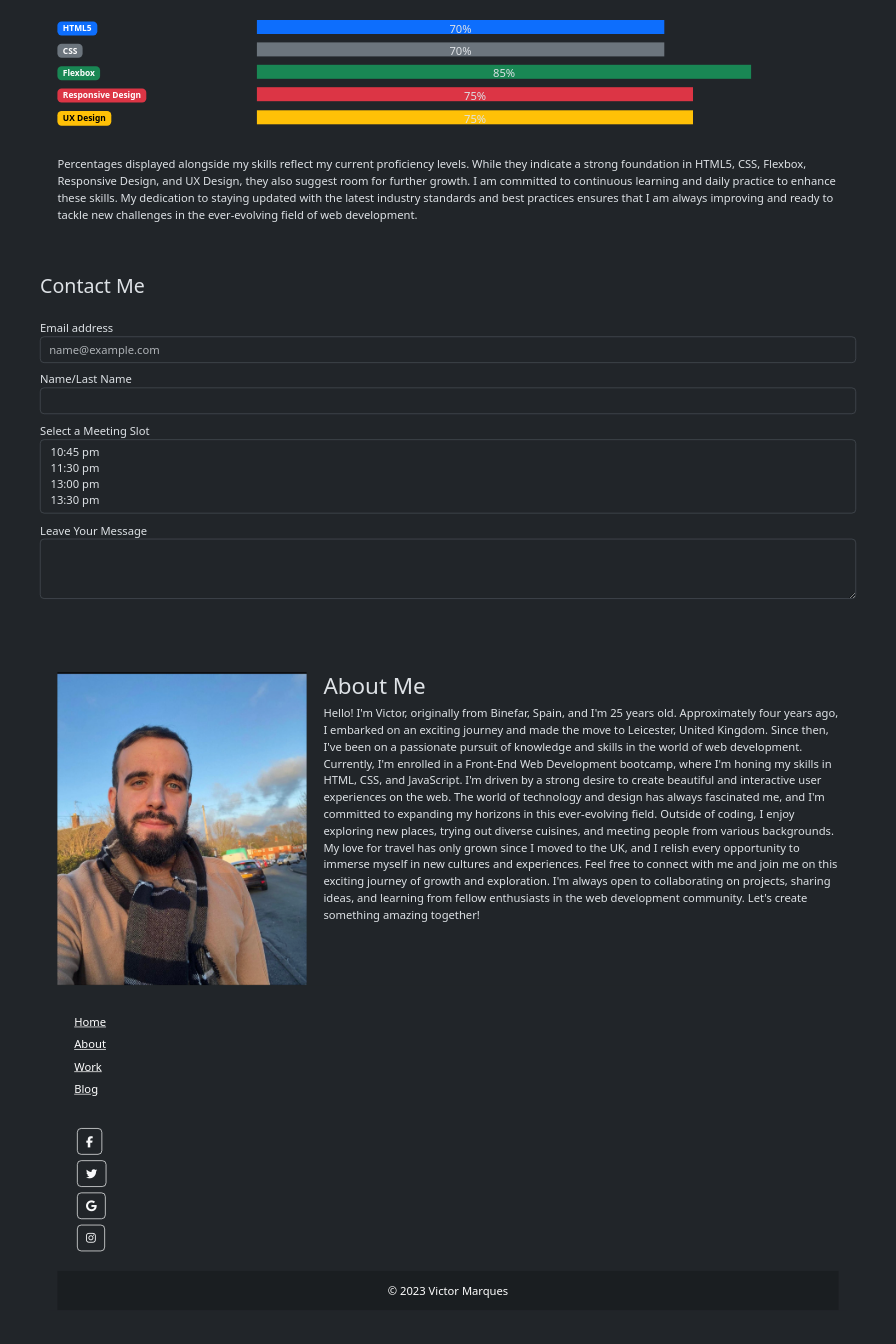
Repository: uvee35/Bootstrap-Portfolio
Page: index.html
The author's editor kept a copy of each file at every save. The page is drawn from the files as they stood at one save, then again after the next save.
The browser window is 1280 px wide. The pictures show the part of the page from y = 1181 to 3101 px (the page is 3101 px tall before and 2939 px after), at 70% of full size.
A picture or video elsewhere on the page could not be fetched, so the positions and the page height are approximate. Some web libraries are served in a nearby version.

Above is the page before, as saved 2023-12-18 22:11:34.

### index.html
<!DOCTYPE html>
<html lang="en" data-bs-theme="dark">
  <head>
    <meta charset="utf-8" />
    <meta name="viewport" content="width=device-width, initial-scale=1" />
    <title>Bootstrap demo</title>
    <link
      href="https://cdn.jsdelivr.net/npm/bootstrap@5.3.2/dist/css/bootstrap.min.css"
      rel="stylesheet"
      integrity="sha384-T3c6CoIi6uLrA9TneNEoa7RxnatzjcDSCmG1MXxSR1GAsXEV/Dwwykc2MPK8M2HN"
      crossorigin="anonymous"
    />
    <link rel="stylesheet" href="./css/style.css" />
    <link
      rel="stylesheet"
      href="https://cdnjs.cloudflare.com/ajax/libs/font-awesome/5.15.4/css/all.min.css"
    />
    <link
      href="https://cdnjs.cloudflare.com/ajax/libs/font-awesome/6.0.0-beta3/css/all.min.css"
      rel="stylesheet"
    />
  </head>
  <body>
    <!-- Navbar -->
    <nav class="navbar navbar-expand-lg navbar-light bg-dark">
      <div class="container-fluid">
        <!-- Brand/logo -->
        <a class="navbar-brand" href="#home">Victor Marques</a>
        <i class="fab fa-html5"></i>

        <!-- Toggle button for small screens -->
        <button
          class="navbar-toggler"
          type="button"
          data-bs-toggle="collapse"
          data-bs-target="#navbarNavAltMarkup"
          aria-controls="navbarNavAltMarkup"
          aria-expanded="false"
          aria-label="Toggle navigation"
        >
          <span class="navbar-toggler-icon"></span>
        </button>

        <!-- Navbar links -->
        <div
          class="collapse navbar-collapse justify-content-end"
          id="navbarNavAltMarkup"
        >
          <div class="navbar-nav">
            <a class="nav-link" href="#about-me">About Me</a>
            <a class="nav-link" href="#work">Work</a>
            <a class="nav-link" href="#skills">Skills</a>
            <a class="nav-link" href="#contact-me">Contact</a>
          </div>
        </div>
      </div>
    </nav>

    <!-- Hero Section -->
    <section class="hero-section bg-dark text-center py-5" id="hero">
      <div class="container">
        <img
          src="./css/images/victor.JPG"
          alt="Your Name"
          class="rounded-circle mb-3"
          style="width: 150px; height: 150px"
        />
        <h1 class="display-4">Victor Marques</h1>
        <p class="lead">Front-end Developer | Creative Designer</p>
        <p>
          Welcome to my professional portfolio. Here you can find a showcase of
          my work, projects I've contributed to, and the skills I bring to the
          table.
        </p>
      </div>
      <a href="#contact-me" class="btn btn-primary btn-lg">Let's Talk</a>
      <a href="#skills" class="btn btn-secondary btn-lg">My Skills</a>

    </section>

    <!-- Cards -->
    <div class="container-fluid" id="work">
      <div class="row">
        <h1 class="col-12" id="work-text">My Portfolio</h1>
        <!-- Card 1 -->
        <div class="cardContainer col-lg-3 col-md-3 col-sm-6 padding-top">
          <div class="card">
            <img
              src="./css/images/card1photo.png"
              class="card-img-top"
              alt="..."
            />
            <div class="card-body">
              <h4 class="card-title">Horiseon Website</h4>
              <p class="card-text">
                Horiseon is a website crafted with HTML and CSS, focusing on
                accessibility and search engine optimization...
              </p>
              <a
                href="https://uvee35.github.io/Victor-Module1Challenge/"
                class="btn btn-primary"
                >See Live Demo</a
              >
            </div>
          </div>
        </div>
        <!-- End card 1 -->

        <!-- Card 2 -->
        <div class="cardContainer col-lg-3 col-md-3 col-sm-6">
          <div class="card">
            <img src="./css/images/card2.png" class="card-img-top" alt="..." />
            <div class="card-body">
              <h4 class="card-title">Portfolio</h4>
              <p class="card-text">
                This portfolio website, built using HTML, CSS, and Flexbox,
                features a modern and responsive design...
              </p>
              <a
                href="https://uvee35.github.io/Challenge2-Victor/."
                class="btn btn-primary"
                >See Live Demo</a
              >
            </div>
          </div>
        </div>
        <!-- End card 2 -->

        <!-- Card 3 -->
        <div class="cardContainer col-lg-3 col-md-3 col-sm-6">
          <div class="card">
            <img src="./css/images/card3.png" class="card-img-top" alt="..." />
            <div class="card-body">
              <h4 class="card-title">NiceAdmin</h4>
              <p class="card-text">
                NiceAdmin is a website designed using HTML, CSS, and Bootstrap,
                offering a user-friendly admin and dashboard interface...
              </p>
              <a
                href="https://bootstrapmade.com/demo/NiceAdmin/"
                class="btn btn-primary"
                >See Live Demo</a
              >
            </div>
          </div>
        </div>
        <!-- End card 3 -->
        <!-- Card 4 -->
        <div class="cardContainer col-lg-3 col-md-3 col-sm-6">
          <div class="card">
            <img src="./css/images/card4.png" class="card-img-top" alt="..." />
            <div class="card-body">
              <h4 class="card-title">EstateAgency</h4>
              <p class="card-text">
                EstateAgency is a sleek, Bootstrap-based real estate website
                template, ideal for agencies and realtors...
              </p>
              <a
                href="https://bootstrapmade.com/demo/EstateAgency/"
                class="btn btn-primary"
                >See Live Demo</a
              >
            </div>
          </div>
        </div>
        <!-- End card 4 -->
      </div>
    </div>
    <!-- End cards -->

    <!-- Skills Section -->

    <div class="container-fluid" id="skills">
      <div class="row mb-4">
        <h2 class="col-12" style="text-align: center; padding-top: 20px">
          My Skills
        </h2>
      </div>

      <div class="container">
        <div class="row align-items-center mb-2">
          <div class="col-md-3">
            <span class="badge text-bg-primary">HTML5</span>
          </div>
          <div class="col-md-9">
            <div
              class="bg-primary"
              style="width: 70%; height: 20px; text-align: center"
            >
              70%
            </div>
          </div>
        </div>
        <div class="row align-items-center mb-2">
          <div class="col-md-3">
            <span class="badge text-bg-secondary">CSS</span>
          </div>
          <div class="col-md-9">
            <div
              class="bg-secondary"
              style="width: 70%; height: 20px; text-align: center"
            >
              70%
            </div>
          </div>
        </div>
        <div class="row align-items-center mb-2">
          <div class="col-md-3">
            <span class="badge text-bg-success">Flexbox</span>
          </div>
          <div class="col-md-9">
            <div
              class="bg-success"
              style="width: 85%; height: 20px; text-align: center"
            >
              85%
            </div>
          </div>
        </div>
        <div class="row align-items-center mb-2">
          <div class="col-md-3">
            <span class="badge text-bg-danger">Responsive Design</span>
          </div>
          <div class="col-md-9">
            <div
              class="bg-danger"
              style="width: 75%; height: 20px; text-align: center"
            >
              75%
            </div>
          </div>
        </div>
        <div class="row align-items-center mb-2">
          <div class="col-md-3">
            <span class="badge text-bg-warning">UX Design</span>
          </div>
          <div class="col-md-9">
            <div
              class="bg-warning"
              style="width: 75%; height: 20px; text-align: center"
            >
              75%
            </div>
          </div>
        </div>

        <p style="padding-top: 35px">
          Percentages displayed alongside my skills reflect my current
          proficiency levels. While they indicate a strong foundation in HTML5,
          CSS, Flexbox, Responsive Design, and UX Design, they also suggest room
          for further growth. I am committed to continuous learning and daily
          practice to enhance these skills. My dedication to staying updated
          with the latest industry standards and best practices ensures that I
          am always improving and ready to tackle new challenges in the
          ever-evolving field of web development.
        </p>
      </div>
    </div>

    <!-- Contact Me -->
    <div class="container-fluid" id="contact-me">

    <form style="padding: 3%" style="display: flex; justify-content: center">
      <h3>Contact Me</h3>
      <div class="form-group" style="padding-top: 2%">
        <label for="exampleFormControlInput1">Email address</label>
        <input
          type="email"
          class="form-control"
          id="exampleFormControlInput1"
          placeholder="name@example.com"
        />
      </div>
      <div class="form-group" style="margin-top: 1%">
        <label for="exampleFormControlInput1">Name/Last Name</label>
        <input type="text" class="form-control" id="description" />
      </div>
      <div class="form-group" style="margin-top: 1%">
        <label for="exampleFormControlSelect2">Select a Meeting Slot</label>
        <select multiple class="form-control" id="exampleFormControlSelect2">
          <option>10:45 pm</option>
          <option>11:30 pm</option>
          <option>13:00 pm</option>
          <option>13:30 pm</option>
        </select>
      </div>
      <div class="form-group" style="margin-top: 1%">
        <label for="exampleFormControlTextarea1">Leave Your Message</label>
        <textarea
          class="form-control"
          id="exampleFormControlTextarea1"
          rows="3"
        ></textarea>
      </div>
    </div>
    </form>

    <!-- About Me Section -->
<section class="container my-5" id="about-me">
  <div class="row">

      <div class="col-lg-4">
          <img src="./css/images/victor2.jpg" alt="Victor" class="img-fluid square">
      </div>

      <div class="col-lg-8">
          <h2>About Me</h2>
          <p>Hello! I'm Victor, originally from Binefar, Spain, and I'm 25 years old. Approximately four years ago, I embarked on an exciting journey and made the move to Leicester, United Kingdom. Since then, I've been on a passionate pursuit of knowledge and skills in the world of web development.

            Currently, I'm enrolled in a Front-End Web Development bootcamp, where I'm honing my skills in HTML, CSS, and JavaScript. I'm driven by a strong desire to create beautiful and interactive user experiences on the web. The world of technology and design has always fascinated me, and I'm committed to expanding my horizons in this ever-evolving field.

            Outside of coding, I enjoy exploring new places, trying out diverse cuisines, and meeting people from various backgrounds. My love for travel has only grown since I moved to the UK, and I relish every opportunity to immerse myself in new cultures and experiences.

            Feel free to connect with me and join me on this exciting journey of growth and exploration. I'm always open to collaborating on projects, sharing ideas, and learning from fellow enthusiasts in the web development community. Let's create something amazing together!</p>

  </div>
  <footer class="bg-dark text-center text-lg-start text-white">
    <!-- Grid container -->
    <div class="container p-4">

          </p>


        <!--Grid column-->
        <div class="col-lg-3 col-md-6 mb-4 mb-md-0"></div>


          <ul class="list-unstyled">
            <li class="mb-2"><a href="#!" class="text-white">Home</a></li>
            <li class="mb-2"><a href="#!" class="text-white">About</a></li>
            <li class="mb-2"><a href="#!" class="text-white">Work</a></li>
            <li class="mb-2"><a href="#!" class="text-white">Blog</a></li>
          </ul>
        </div>
        <!--Grid column-->


    <!-- Section: Social media -->
    <section class="p-4 pt-0" id="social-icons">
      <div class="row">
        <div class="col-lg-6 col-md-12 mb-4 mb-md-0">
          <!-- Facebook -->
          <a class="btn btn-outline-light btn-floating m-1" href="#!" role="button"><i class="fab fa-facebook-f"></i></a>

          <!-- Twitter -->
          <a class="btn btn-outline-light btn-floating m-1" href="#!" role="button"><i class="fab fa-twitter"></i></a>

          <!-- Google -->
          <a class="btn btn-outline-light btn-floating m-1" href="#!" role="button"><i class="fab fa-google"></i></a>

          <!-- Instagram -->
          <a class="btn btn-outline-light btn-floating m-1" href="#!" role="button"><i class="fab fa-instagram"></i></a>
        </div>
      </div>
    </section>
    <!-- Section: Social media -->


    <div class="text-center p-3" style="background-color: rgba(0, 0, 0, 0.2);">
      © 2023 Victor Marques

    </div>
  </footer>


<script src="https://kit.fontawesome.com/c1bc576c12.js" crossorigin="anonymous"></script>

    <script
      src="https://cdn.jsdelivr.net/npm/bootstrap@5.3.2/dist/js/bootstrap.bundle.min.js"
      integrity="sha384-C6RzsynM9kWDrMNeT87bh95OGNyZPhcTNXj1NW7RuBCsyN/o0jlpcV8Qyq46cDfL"
      crossorigin="anonymous"
    ></script>
  </body>
</html>

### css/style.css
.hero-section {
    background-color: #121212; /* Dark background color */
    color: #ffffff; /* White text color for contrast */
    position: relative; /* Position relative for absolute positioning of buttons */
    z-index: 1; /* Ensure the layering is correct */
  }


  .hero-buttons {
    position: absolute;
    bottom: 20px;
    left: 50%;
    transform: translateX(-50%); /* Center the buttons */
    z-index: 2; /* Above the background image */
  }

  /* If you have a specific background image you want to use */
  .hero-section {
    background-image: url('./images/planet-1702788_1920.jpg');
    background-size: cover;
    background-position: center;
  }

  #Skills {
    border: 1px solid #ccc;
    border-radius: 5px;
    padding: 20px;
  }

  #work{
    border: 1px solid none;
    border-radius: 5px;
    padding: 20px;
  }

.col-12{
text-align: center;
 padding-top: 5px;
 padding-bottom: 2%;
}

#contact-me{
  border: 1px solid none;
    border-radius: 5px;
    padding: 20px;
}


#social-icons{
  align-items: center;
  display: flex;
}

After the next save:
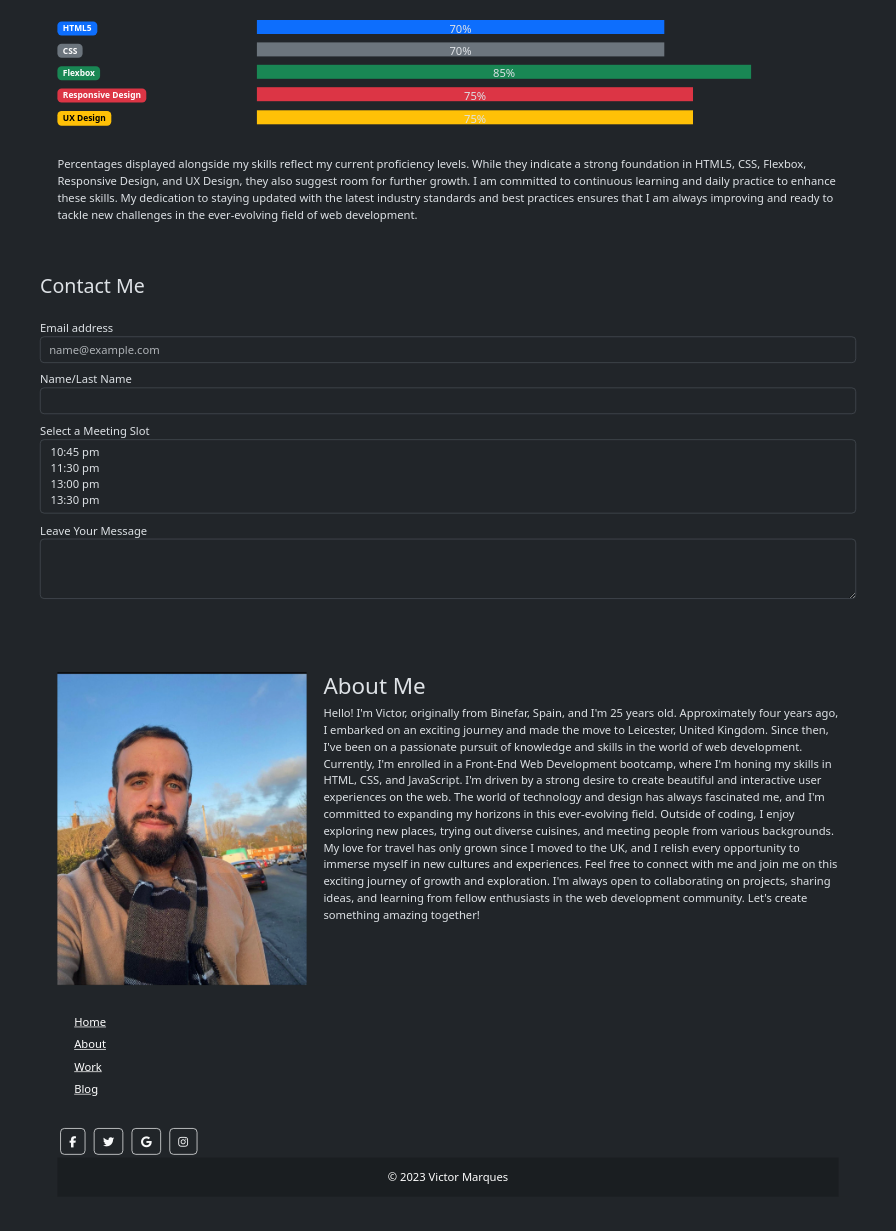
Saved 5 s later.
--- a/css/style.css
+++ b/css/style.css
@@ -48,5 +48,5 @@
 
 #social-icons{
   align-items: center;
-  display: flex;
+  display: contents;
 }

After the save that followed:
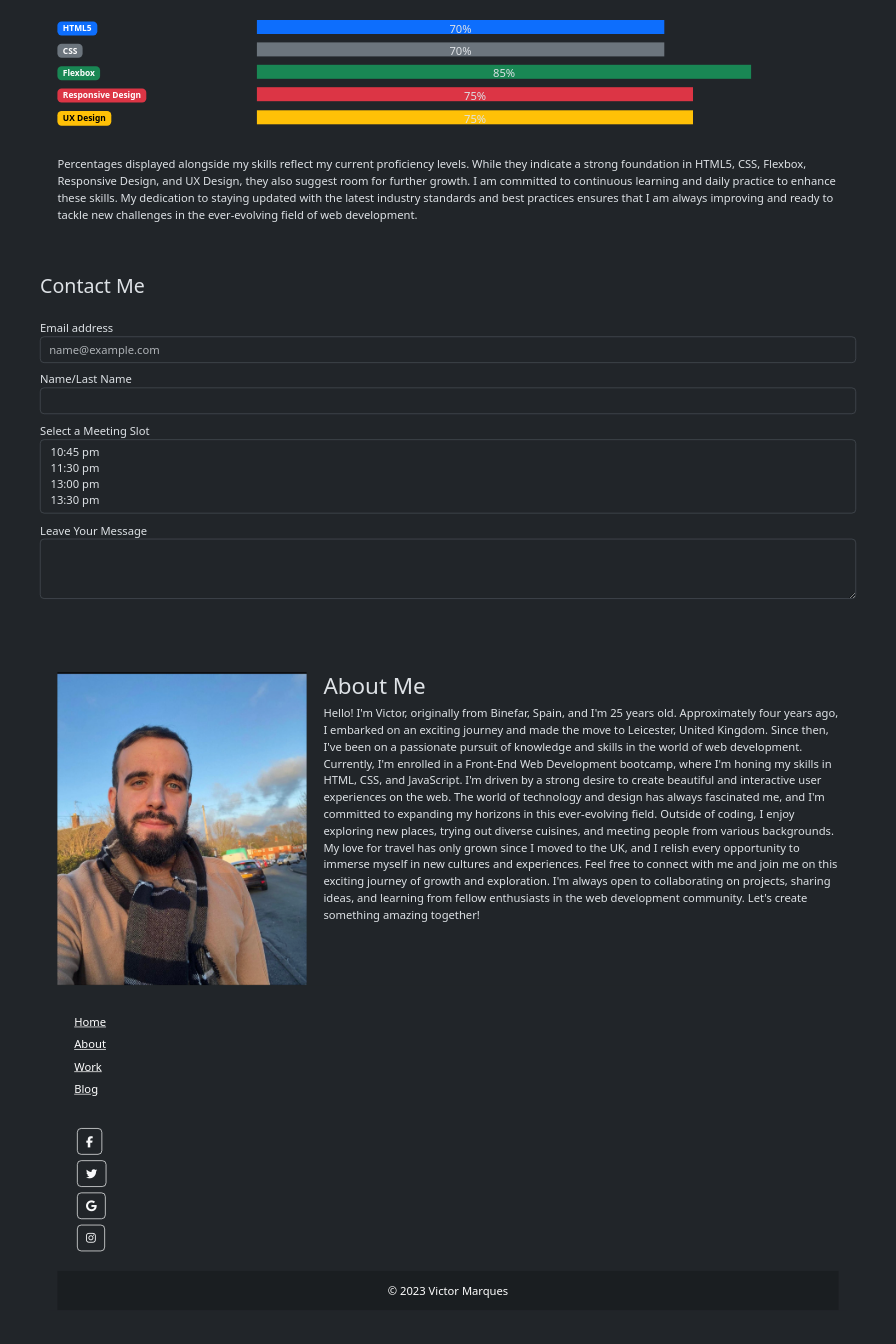
Saved 11 s later.
--- a/css/style.css
+++ b/css/style.css
@@ -48,5 +48,5 @@
 
 #social-icons{
   align-items: center;
-  display: contents;
+  display: inline-flex;
 }
